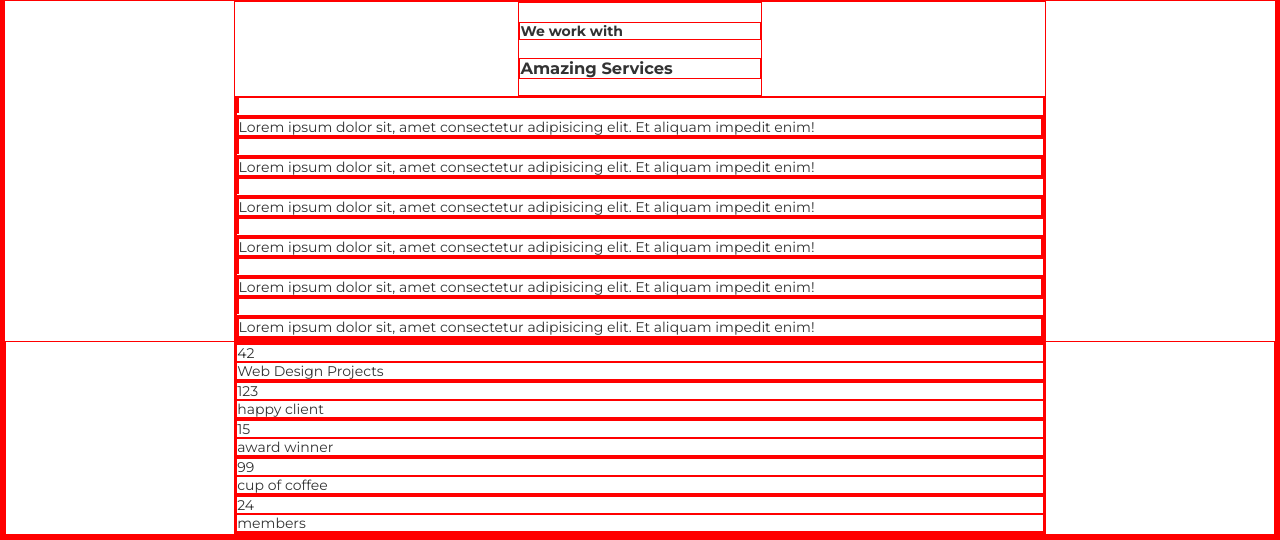
Repository: nataliiasaltan/Homework
Page: index.html
These files come from the project's save history. The page is drawn as it stood at one moment and after the next save; the edit follows.
The browser window is 1280 px wide. The pictures show the part of the page from y = 901 to 1441 px (the page is 1441 px tall).

Above is the page before, as saved 2020-02-27 08:13:04.

### index.html
<!DOCTYPE html>
<html lang="en">
    <head>
        <meta charset="UTF-8">
        <meta name="viewport" content="width=device-width, initial-scale=1.0">
        <link rel="stylesheet"
            href="https://necolas.github.io/normalize.css/8.0.1/normalize.css">
        <link
            href="https://fonts.googleapis.com/css?family=Kaushan+Script|Montserrat:400,700|Roboto:400,400i&display=swap"
            rel="stylesheet">
        <link rel="stylesheet" href="css/icomoon.css">
        <link rel="stylesheet" href="css/style.css">
        <title>Mogo</title>
    </head>
    <body>
        <div class="wrapper">
            <header class="header">
                <div class="container">
                    <div class="header__wrapper">
                        <strong class="logo"><a href="home.html" alt="MoGo"></a>MoGo</strong>
                        <div class="header__inner">
                            <nav class="nav">
                                <ul class="nav-list">
                                    <li><a href="#">About</a></li>
                                    <li><a href="#">service</a></li>
                                    <li><a href="#">work</a></li>
                                    <li><a href="#">blog</a></li>
                                    <li><a href="#">contact</a></li>
                                </ul>
                            </nav>
                            <div class="booking">
                                <a href="#"> <i class="icon-shopping-cart"></i></a>
                                <a href="#"> <i class="icon-search"></i></a>
                            </div>
                        </div>
                    </div>
                </div>
            </header>
            <main>
                <section class="about" style="background-image:
                    url(images/Layer_15.png);">
                    <div class="about__container">
                        <div class="about__inner">
                            <div class="creative">Creative Template</div>
                            <div class="about__title">Welcome <br> to MoGo</div>
                        </div>
                        <div class="holder-btn">
                            <a class="about__btn" href="#">Learn more</a>

                        </div>
                    </div>
                </section>
                <section class="service">
                    <div class="container">
                        <div class="title-holder">
                            <h4>We work with</h4>
                            <h3>Amazing Services</h3>
                        </div>
                        <div class="development__wrapper">
                            <div class="development">
                                <i class="icon-service"></i>
                                <div class="development__inner">
                                    <div class="name"></div>
                                    <div class="description">Lorem ipsum dolor
                                        sit,
                                        amet
                                        consectetur adipisicing elit. Et aliquam
                                        impedit
                                        enim!</div>
                                </div>
                            </div>
                            <div class="development">
                                <i class="icon-service"></i>
                                <div class="development__inner">
                                    <div class="name"></div>
                                    <div class="description">Lorem ipsum dolor
                                        sit,
                                        amet
                                        consectetur adipisicing elit. Et aliquam
                                        impedit
                                        enim!</div>
                                </div>
                            </div>
                            <div class="development__">
                                <i class="icon-service"></i>
                                <div class="development____inner">
                                    <div class="name"></div>
                                    <div class="description">Lorem ipsum dolor
                                        sit,
                                        amet
                                        consectetur adipisicing elit. Et aliquam
                                        impedit
                                        enim!</div>
                                </div>
                            </div>
                            <div class="development">
                                <i class="icon-service"></i>
                                <div class="development__inner">
                                    <div class="name"></div>
                                    <div class="description">Lorem ipsum dolor
                                        sit,
                                        amet
                                        consectetur adipisicing elit. Et aliquam
                                        impedit
                                        enim!</div>
                                </div>
                            </div>
                            <div class="development">
                                <i class="icon-service"></i>
                                <div class="development__inner">
                                    <div class="name"></div>
                                    <div class="description">Lorem ipsum dolor
                                        sit,
                                        amet
                                        consectetur adipisicing elit. Et aliquam
                                        impedit
                                        enim!</div>
                                </div>
                            </div>
                            <div class="development">
                                <i class="icon-service"></i>
                                <div class="development__inner">
                                    <div class="name"></div>
                                    <div class="description">Lorem ipsum dolor
                                        sit,
                                        amet
                                        consectetur adipisicing elit. Et aliquam
                                        impedit
                                        enim!</div>
                                </div>
                            </div>
                        </div>
                    </div>

                    <div class="result">
                        <div class="container">
                            <div class="result__inner">
                                <div class="namber">42</div>
                                <div class="signature">Web Design Projects</div>
                            </div>
                            <div class="result__inner">
                                <div class="namber">123</div>
                                <div class="signature">happy client</div>
                            </div>
                            <div class="result__inner">
                                <div class="namber">15</div>
                                <div class="signature">award winner</div>
                            </div>
                            <div class="result__inner">
                                <div class="namber">99</div>
                                <div class="signature">cup of coffee</div>
                            </div>
                            <div class="result__inner">
                                <div class="namber">24</div>
                                <div class="signature">members</div>
                            </div>
                        </div>
                    </div>
                </section>
            </main>
        </div>

    </body>
</html>

### css/icomoon.css
@font-face {
  font-family: 'icomoon';
  src:  url('../fonts/icomoon.eot?p5lq4w');
  src:  url('../fonts/icomoon.eot?p5lq4w#iefix') format('embedded-opentype'),
    url('../fonts/icomoon.ttf?p5lq4w') format('truetype'),
    url('../fonts/icomoon.woff?p5lq4w') format('woff'),
    url('../fonts/icomoon.svg?p5lq4w#icomoon') format('svg');
  font-weight: normal;
  font-style: normal;
  font-display: block;
}

[class^="icon-"], [class*=" icon-"] {
  /* use !important to prevent issues with browser extensions that change fonts */
  font-family: 'icomoon' !important;
  speak: none;
  font-style: normal;
  font-weight: normal;
  font-variant: normal;
  text-transform: none;
  line-height: 1;

  /* Better Font Rendering =========== */
  -webkit-font-smoothing: antialiased;
  -moz-osx-font-smoothing: grayscale;
}

.icon-search:before {
  content: "\f002";
}
.icon-align-justify:before {
  content: "\f039";
}
.icon-eye:before {
  content: "\f06e";
}
.icon-shopping-cart:before {
  content: "\f07a";
}
.icon-twitter:before {
  content: "\f099";
}
.icon-facebook:before {
  content: "\f09a";
}
.icon-facebook-f:before {
  content: "\f09a";
}
.icon-google-plus:before {
  content: "\f0d5";
}
.icon-youtube-play:before {
  content: "\f16a";
}
.icon-instagram:before {
  content: "\f16d";
}
.icon-tumblr:before {
  content: "\f173";
}
.icon-dribbble:before {
  content: "\f17d";
}
.icon-file-image-o:before {
  content: "\f1c5";
}
.icon-file-photo-o:before {
  content: "\f1c5";
}
.icon-file-picture-o:before {
  content: "\f1c5";
}
.icon-copyright:before {
  content: "\f1f9";
}
.icon-pinterest-p:before {
  content: "\f231";
}
.icon-commenting:before {
  content: "\f27a";
}

### css/style.css
*,
::after,
::before{
    box-sizing: border-box;
    border: 1px solid red;
}

body{
    font-family: 'Montserrat', sans-serif;
    font-size: 14px;
    font-weight: 400;
    color: #333333;
    margin: 0;
}

img{
    display: inline-block;
    max-width: 100%;
    vertical-align: top;
}

a{
    text-decoration: none;
    display: inline;
    cursor: pointer;
}

p{
    margin: 0;
}

header{
    position: absolute;
    z-index: 10;
    left: 0;
    right: 0;
    top: 0;
    bottom: 0;
}


.container{
    max-width: 64%;
    margin: 0 auto;
}

.header__wrapper{
    margin-top: 30px;
}

.header__wrapper{
    display: flex;
    justify-content: space-between;
    text-align: center;
}

.header__inner{
    display: flex;
    justify-content: space-between;
}

.logo{
    align-self: center;
    font-size: 30px;
    font-weight: 700;
    color: #ffffff;
    cursor: pointer;
}

.nav-list{
    display: flex;
    justify-content: center;
    align-items: center;
    list-style: none;
    padding: 0;
}

.nav-list a{
   color: #ffffff;
   padding: 12px 25px;
   border-bottom: 1px solid transparent;
   text-transform: uppercase;
}

.nav-list a:hover{
    color: #fce38a;
    border-bottom: 1px solid #fce38a;
}

.booking{
    align-self: center;
}

.icon-shopping-cart,
.icon-search{
    padding: 0 20px;
    color: #ffffff;
}

.about{
    position: relative;
    min-height: 100vh;
    background-size: cover;
    background-position: center;
    width: 100%;
    padding: 170px 0;
    display: flex;
    justify-content: space-between;
}

.about:after{
    position: absolute;
    content: "";
    top: 0;
    left: 0;
    bottom: 0;
    right: 0;
    /* background: linear-gradient(to top, rgba(252, 227, 138, 0.9)0%, rgba(243, 129, 129, 0.9) 100%); */
}

.about__container{
    min-width: 43%;
    margin: 0 auto;
    padding-bottom: 25px;
}

.about__inner{
    margin-bottom: 100px;
    position: relative;
}

.about__inner::after{
    position: absolute;
    content: "";
    width: 100%;
    max-width: 60px;
    height: 3px;
    background-color: #fff;
    top: 110%;
    left: 47%;
}
.creative{
    color: #ffffff;
    font-family: "Kaushan Script";
    font-size: 72px;
    text-align: center;
    margin-bottom: 42px;
}

.about__title{
    color: #ffffff;
    font-size: 150px;
    font-weight: 700;
    line-height: 0.93;
    text-transform: uppercase;
    text-align: center;
}

.holder-btn{
    max-width: 20%;
    margin: 0 auto;
}

.about__btn{
    color: #ffffff;
    font-weight: 700;
    text-transform: uppercase;
    padding: 15px 32px;
    border: 1px solid #ffffff;
    cursor: pointer;
}

.title-holder{
    max-width: 30%;
    margin: 0 auto;
    position: relative;
}

.title-holder::after{
    position: absolute;
    content: "";
    width: 100%;
    max-width: 60px;
    height: 3px;
    color: red;

}

.

After the next save:
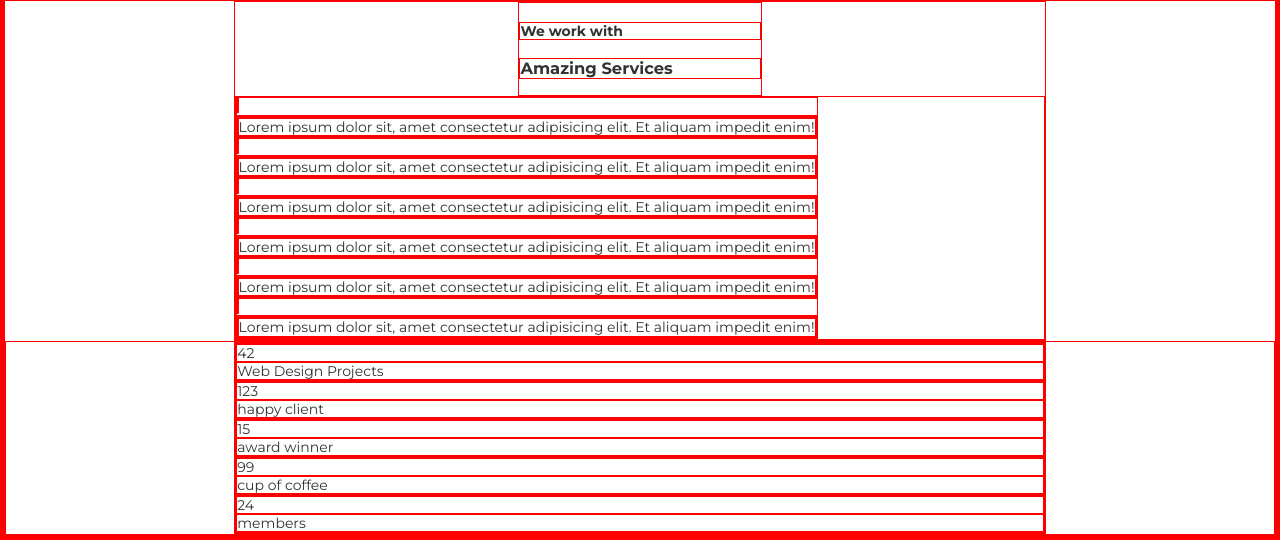
Saved 2 min 49 s later.
--- a/css/style.css
+++ b/css/style.css
@@ -186,4 +186,9 @@ header{
 
 }
 
-.
+.development__wrapper{
+    display: flex;
+    flex-wrap: wrap;
+    justify-content: space-between;
+    align-items: center;
+}
